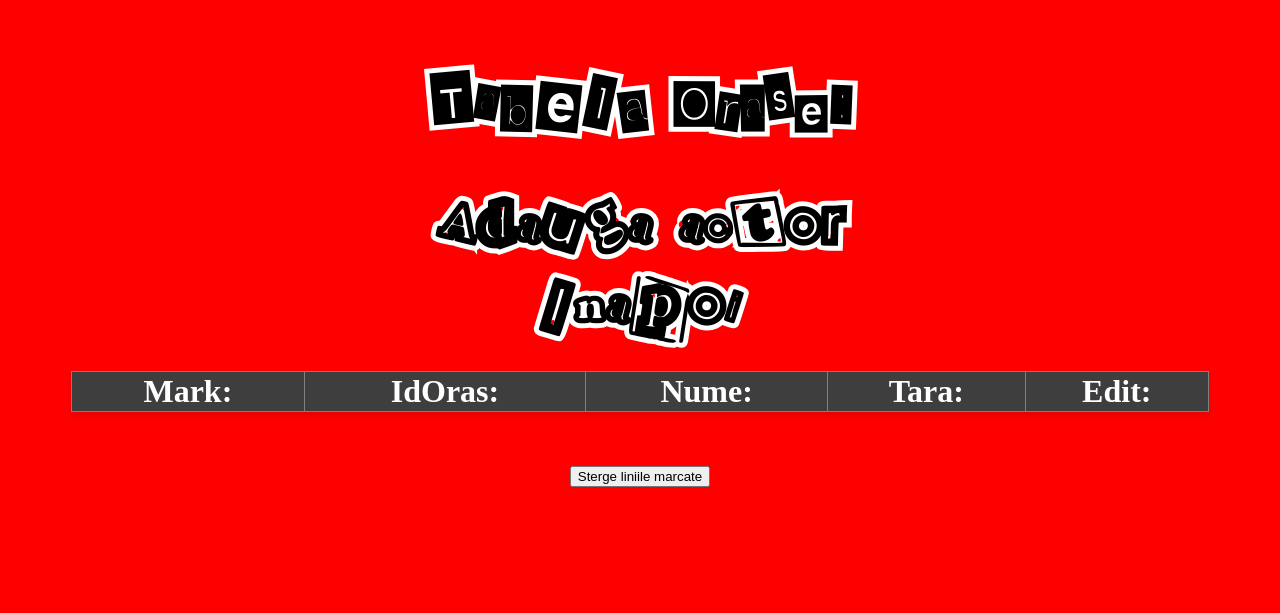
Repository: SusStefan/ActorDB
Page: http://localhost/Actori/sources/tabela_orase.jsp
The author's editor kept a copy of each file at every save. The page is drawn from the files as they stood at one save, then again after the next save.
The browser window is 1280 px wide. The pictures show the whole page.
The page is served by Tomcat 9. Queries for data that is not in the repository find no rows.

Above is the page before, as saved 2025-12-15 21:50:58.

After the next save:
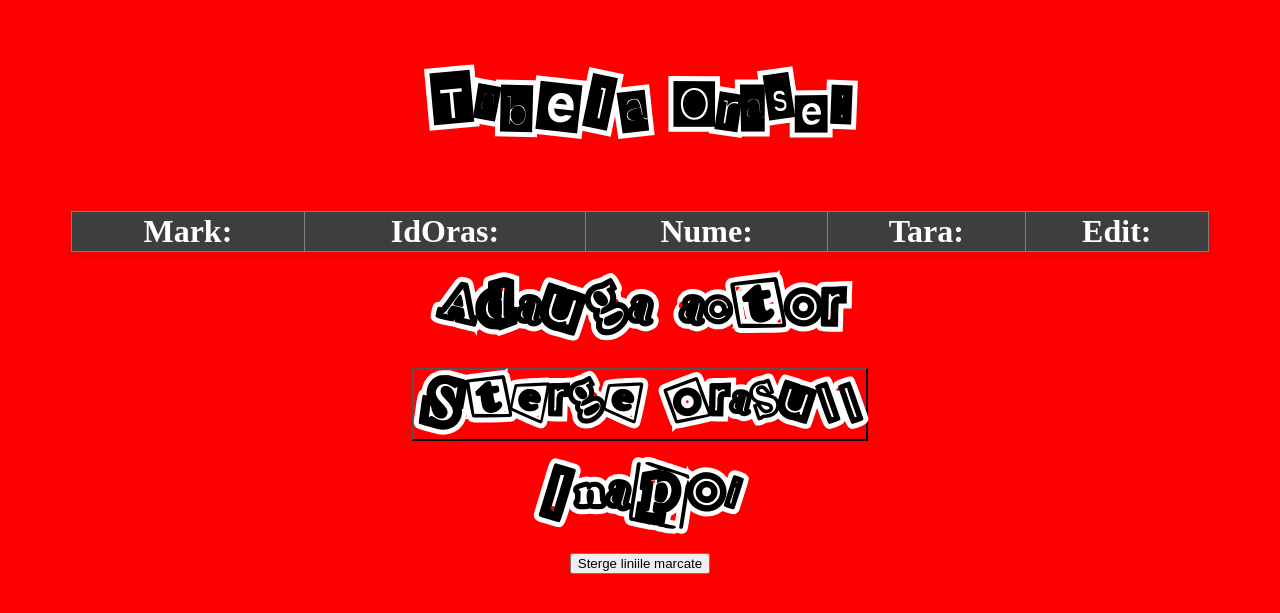
Saved 15 s later.
--- a/Actori/src/main/webapp/sources/tabela_orase.jsp
+++ b/Actori/src/main/webapp/sources/tabela_orase.jsp
@@ -13,12 +13,7 @@
  <div id="butholder2">
  <h1 align="center" id="titlu"> Tabela Orase:</h1>
  </div>
-<a href="adauga_actor.jsp">
-<div class="cssbutton"><b class="sway-text"><strong>Adauga actor</strong></b></div>
-</a>
- <a href="index.html">
-<div class="cssbutton"><b class="sway-text"><strong>Inapoi</strong></b></div>
-</a>
+
  <form action="sterge_orase.jsp" method="post">
  <table border="1" align="center">
  <tr>
@@ -44,7 +39,21 @@
  }
  %>
  </tr>
- </table><br/>
+ </table>
+
+ <a href="adauga_actor.jsp">
+<div class="cssbutton"><b class="sway-text"><strong>Adauga actor</strong></b></div>
+</a>
+<p align="center">
+    <button type="submit" class="cssbutton" id="butactori1">
+        <b class="sway-text"><strong>Sterge Orasull</strong></b>
+    </button>
+</p>
+ <a href="index.html">
+<div class="cssbutton"><b class="sway-text"><strong>Inapoi</strong></b></div>
+</a>
+
+
  <p align="center">
  <input type="submit" value="Sterge liniile marcate">
  </p>
